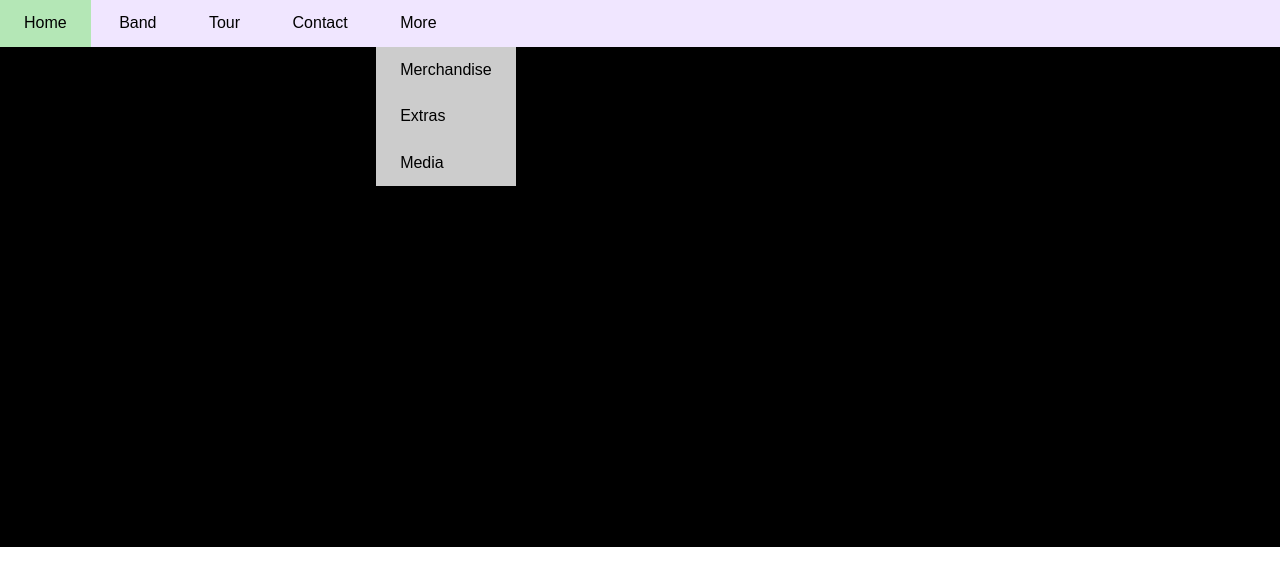
Repository: Ducspdn/WeTheBandF8
Page: w3_band/index.html
These files come from the project's save history. The page is drawn as it stood at one moment and after the next save; the edit follows.
The browser window is 1280 px wide. The pictures show the whole page.

Above is the page before, as saved 2023-01-16 21:46:17.

After the next save:
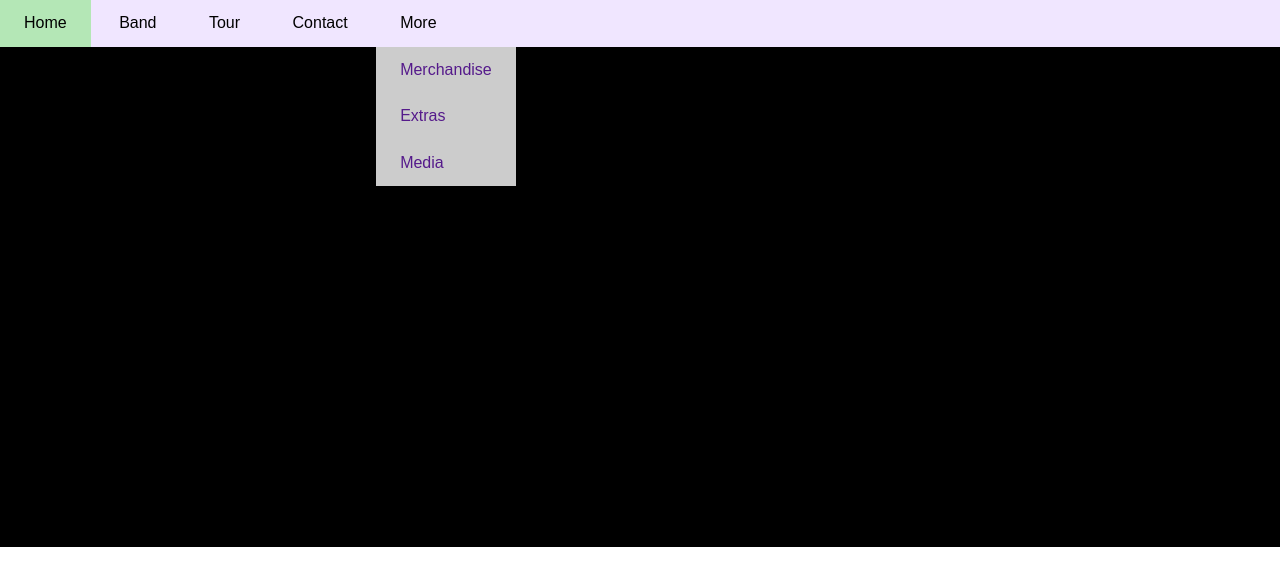
Saved 2 min 33 s later.
--- a/w3_band/assets/css/style.css
+++ b/w3_band/assets/css/style.css
@@ -34,9 +34,12 @@
     /* vì inline nên khong set được thuộc tính */
     position : relative ;
 }
+#nav > li > a {
+    color : black ;
+}
 #nav li a {
     text-decoration: none ;
-    color : black ;
+
     line-height: 46.5px;
     padding-top: 0;
     padding-bottom: 0;

After the save that followed:
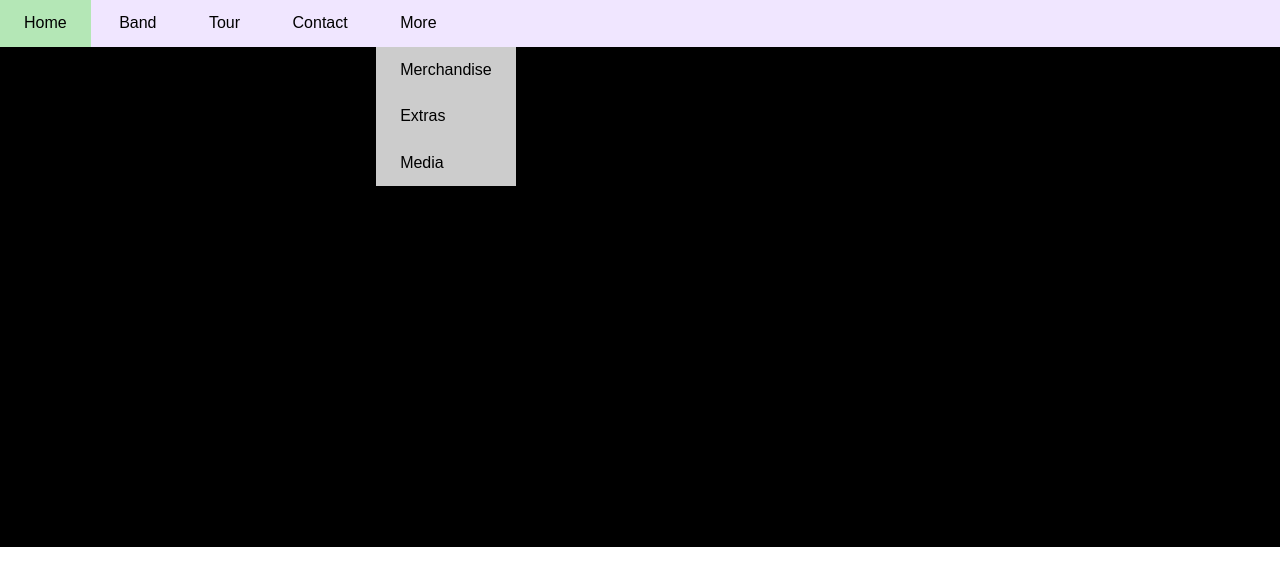
Saved 114 s later.
--- a/w3_band/assets/css/style.css
+++ b/w3_band/assets/css/style.css
@@ -57,6 +57,9 @@
     position :absolute ;
     background-color: #ccc;
 }
+#nav .subnav a {
+    color: black;
+}
 #slider {
     min-height: 500px;
     background-color: black;
